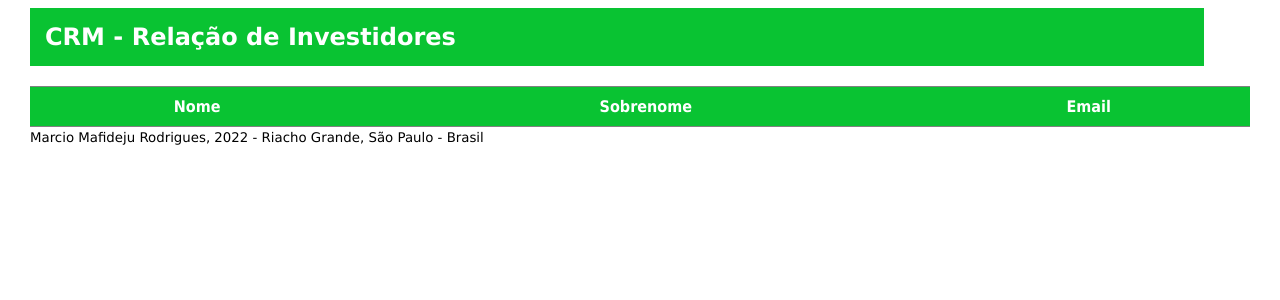
Repository: mafideju/CustomerTracker
Page: http://localhost/web-customer-tracker/WEB-INF/view/list-customers.jsp
These files come from the project's save history. The page is drawn as it stood at one moment and after the next save; the edit follows.
The browser window is 1280 px wide. The pictures show the whole page.
The page is served by Tomcat 9. Nobody is signed in. Other server files are loaded and not shown. The template is opened directly, without the code that normally fills it, so the values that code supplies are empty.

Above is the page before, as saved 2022-01-21 21:22:09.

### web-customer-tracker/WebContent/WEB-INF/view/list-customers.jsp
<%@ taglib uri="http://java.sun.com/jsp/jstl/core" prefix="c" %>

<!DOCTYPE html>
<html>
	<head>
		<title>Lista de Investidores</title>
		<link type="text/css" rel="stylesheet" href="${pageContext.request.contextPath}/resources/css/style.css">
	</head>

	<body>
		<main>

			<div id="wrapper">
				<div id="header">
					<h2>CRM - Relação de Investidores</h2>
				</div>
			</div>

			<div id="container">
				<div id="content">
					<table>
						<tr>
							<th>Nome</th>
							<th>Sobrenome</th>
							<th>Email</th>
						</tr>

						<c:forEach var="customer" items="${customers}">
							<tr>
								<td>${customer.firstName}</td>
								<td>${customer.lastName}</td>
								<td>${customer.email}</td>
							</tr>
						</c:forEach>

					</table>
				</div>
			</div>

		</main>
		<footer>
			<small>Marcio Mafideju Rodrigues, 2022 - Riacho Grande, São Paulo - Brasil</small>
		</footer>
	</body>
</html>

### web-customer-tracker/WebContent/resources/css/style.css
html, body{
	margin-left:15px; margin-right:15px;
	padding:0px;
	font-family:Verdana, Arial, Helvetica, sans-serif;
}

table {
	border-collapse:collapse;
	border-bottom:1px solid gray;
	font-family: Tahoma,Verdana,Segoe,sans-serif;
	width:100%;
}

th {
	border-bottom:1px solid gray;
	background:none repeat scroll 0 0 #09c332;
	padding:10px;
	color: #FFFFFF;
}

tr {
	border-top:1px solid gray;
	text-align:center;
}

tr:nth-child(even) {background: #FFFFFF}
tr:nth-child(odd) {background: #BBBBBB}

#wrapper {width: 100%; margin-top: 0px; }
#header {width: 95%; background: #09c332; margin: 3px 0px; padding:15px 0px 15px 15px;}
#header h2 {width: 100%; margin:auto; color: #FFFFFF;}
#container {width: 100%; margin:auto}
#container h3 {color: #000;}
#container #content {margin-top: 20px;}

.add-button {
	border: 1px solid #666;
	border-radius: 5px;
	padding: 4px;
	font-size: 12px;
	font-weight: bold;
	width: 120px;
	padding: 5px 10px;

	margin-bottom: 15px;
	background: #cccccc;
}

After the next save:
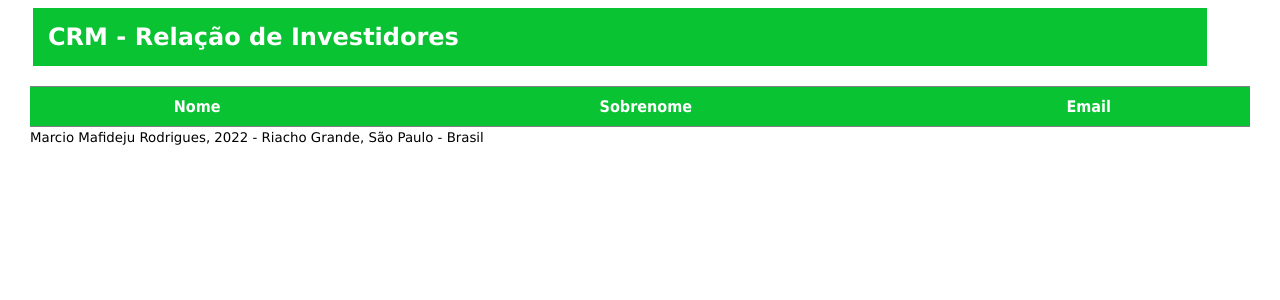
Saved 21 s later.
--- a/web-customer-tracker/WebContent/resources/css/style.css
+++ b/web-customer-tracker/WebContent/resources/css/style.css
@@ -27,7 +27,7 @@ tr:nth-child(even) {background: #FFFFFF}
 tr:nth-child(odd) {background: #BBBBBB}
 
 #wrapper {width: 100%; margin-top: 0px; }
-#header {width: 95%; background: #09c332; margin: 3px 0px; padding:15px 0px 15px 15px;}
+#header {width: 95%; background: #09c332; margin-left: 3px; padding:15px 0px 15px 15px;}
 #header h2 {width: 100%; margin:auto; color: #FFFFFF;}
 #container {width: 100%; margin:auto}
 #container h3 {color: #000;}
